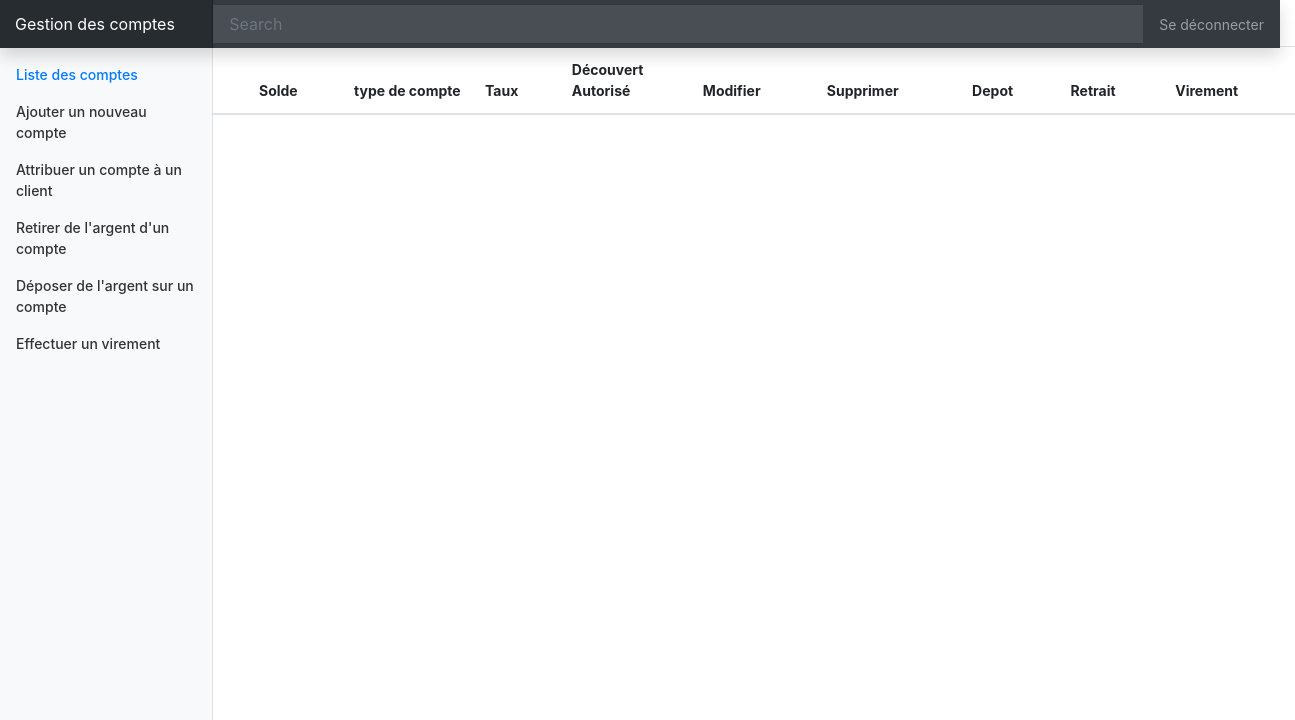
Repository: liiiseee/Projet
Page: http://localhost/02_projet_gestion_clients_compte/menu-comptes.jsp
An editor plug-in stored every save of this project. The page is shown before and after the next save, followed by the edit.
The browser window is 1280 px wide. The page is 1295 px wide, so the pictures cover 1295 px, including what lies to the right of the window. The pictures show the whole page.
The page is served by Tomcat 9. The template is opened directly, without the code that normally fills it, so the values that code supplies are empty.

Above is the page before, as saved 2020-03-30 15:07:04.

After the next save:
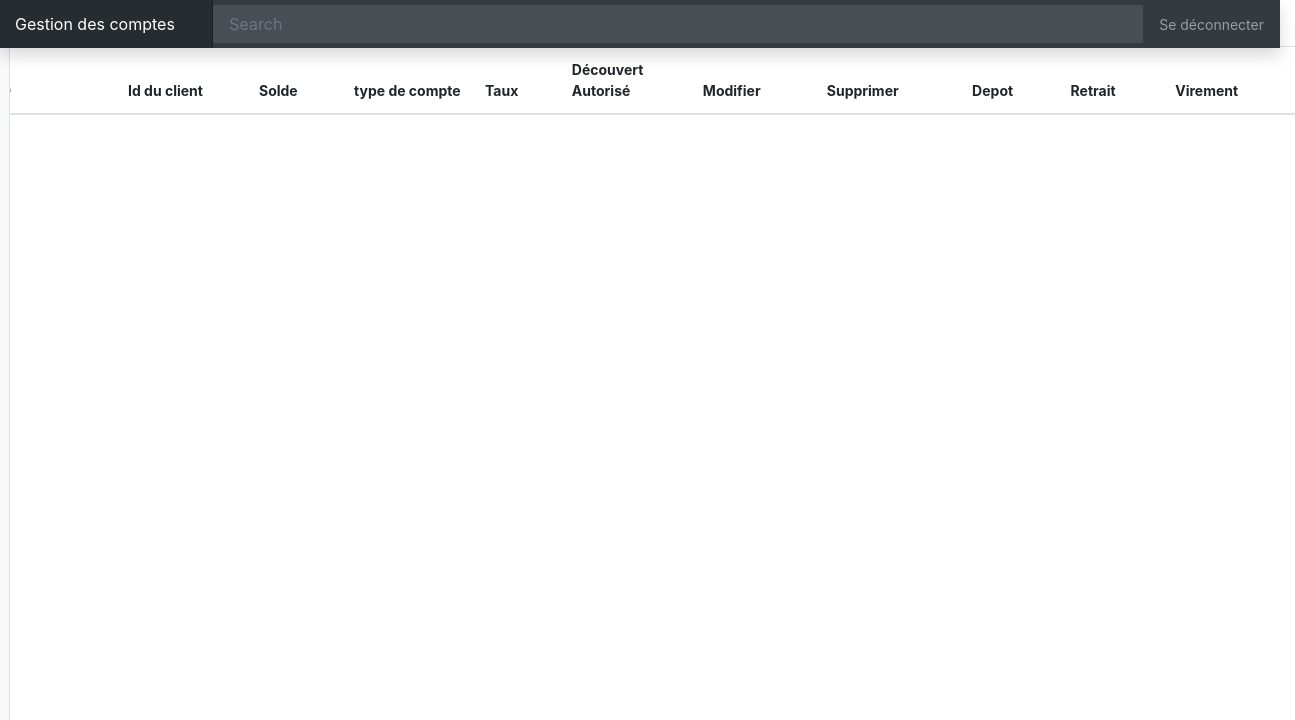
Saved 59 s later.
--- a/02_projet_gestion_clients_compte/WebContent/menu-comptes.jsp
+++ b/02_projet_gestion_clients_compte/WebContent/menu-comptes.jsp
@@ -40,9 +40,9 @@
   </ul>
 </nav>
 
-<div class="container-fluid" style="width : 10px;">
+<div class="container-fluid" >
   <div class="row">
-    <nav class="col-md-2 d-none d-md-block bg-light sidebar">
+    <nav class="col-md-2 d-none d-md-block bg-light sidebar" style="width : 10px;">
       <div class="sidebar-sticky">
         <ul class="nav flex-column">
           <li class="nav-item">
